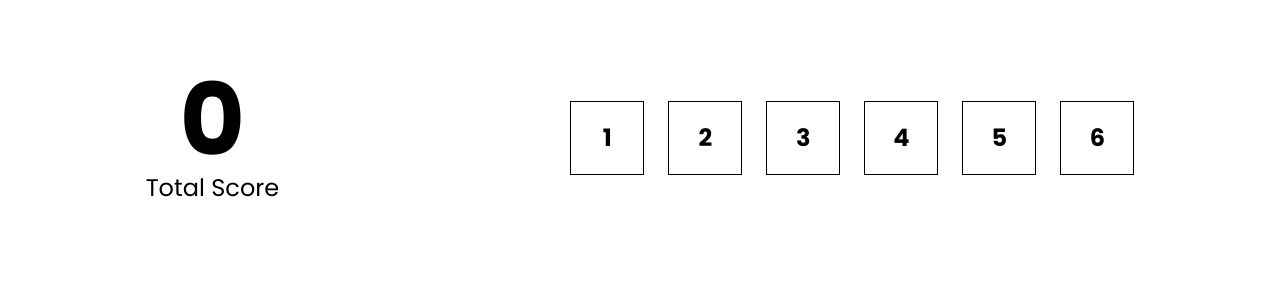
Repository: Wahid137/react-project-three
Page: /, after clicking the first element matching `button.sc-bRKDuR`
These files come from the project's save history. The page is drawn as it stood at one moment and after the next save; the edit follows.
The browser window is 1280 px wide. The pictures show the whole page.
The project was rebuilt for these pictures with package versions that can differ from the ones it lists, and the page was loaded fresh each time. Also part of the build but not shown: vite.config.js.

Above is the page before, as saved 2023-08-26 13:37:16.

After the next save:
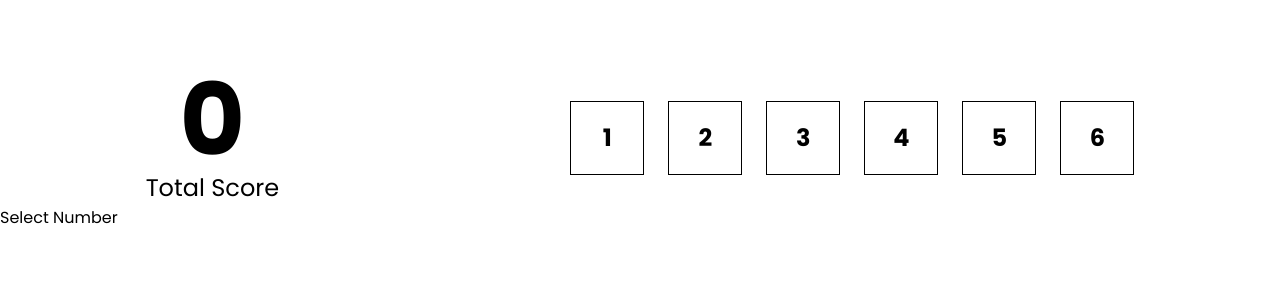
Saved 101 s later.
--- a/src/components/GamePlay.jsx
+++ b/src/components/GamePlay.jsx
@@ -18,6 +18,7 @@
           setSelectedNumber={setSelectedNumber}
         />
       </div>
+      <p>Select Number</p>
     </MainContainer>
   );
 };
